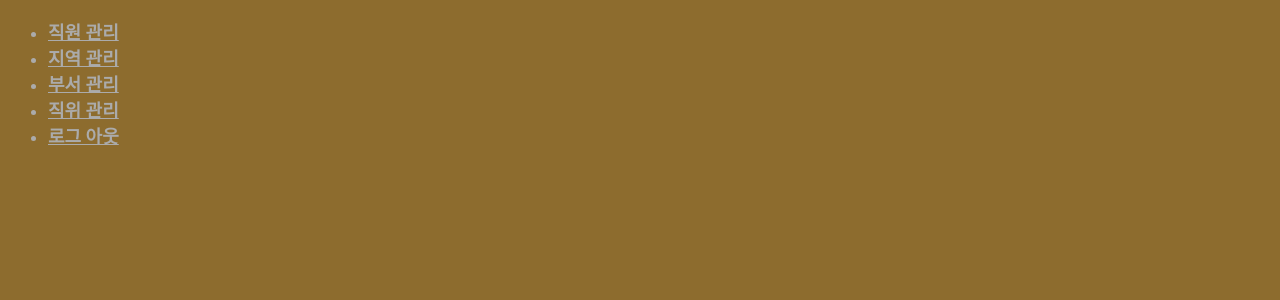
Repository: Umkimisstrong/UM_SpringMVCStudy
Page: http://localhost/mvc04/EmployeeMenu.jsp
The author's editor kept a copy of each file at every save. The page is drawn from the files as they stood at one save, then again after the next save.
The browser window is 1280 px wide. The pictures show the whole page.
The page is served by Tomcat 9.

Above is the page before, as saved 2022-05-27 01:09:40.

After the next save:
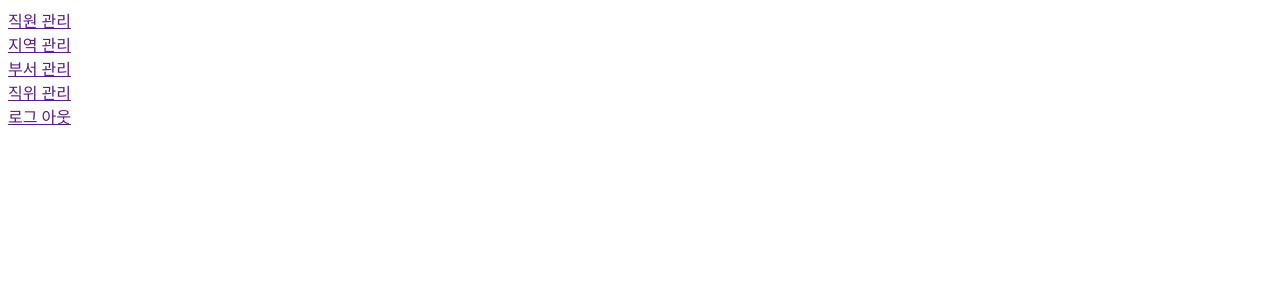
Saved 10 s later.
--- a/mvc04/WebContent/EmployeeMenu.jsp
+++ b/mvc04/WebContent/EmployeeMenu.jsp
@@ -9,7 +9,7 @@
 <head>
 <meta charset="UTF-8">
 <title>EmployeeMenu.jsp</title>
-<link rel="stylesheet" type="text/css" href="<%=cp %>css/main.css">
+<link rel="stylesheet" type="text/css" href="<%=cp %>/css/menuStyle.css">
 </head>
 <body>
 
